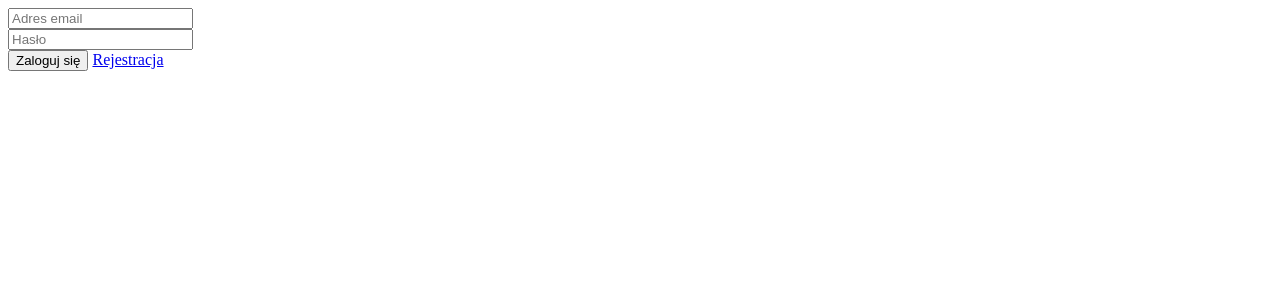
Repository: DaveDavMat/website
Page: http://localhost/Sklep/logform.php
These files come from the project's save history. The page is drawn as it stood at one moment and after the next save; the edit follows.
The browser window is 1280 px wide. The pictures show the whole page.
The page is run by PHP 8.4 with error messages shown; the project is at /var/www/html/.

Above is the page before, as saved 2018-11-27 15:57:41.

After the next save:
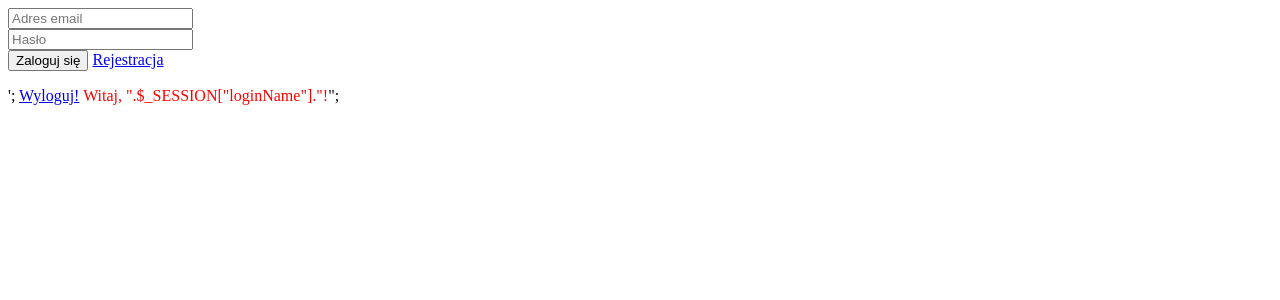
Saved 34 min 53 s later.
--- a/logform.php
+++ b/logform.php
@@ -1,6 +1,4 @@
- <?php
-function foo(){
-  $txt= '<form method="POST" action="zaloguj.php" class="navbar-form navbar-right" role="form">
+<form method="POST" action="zaloguj.php" class="navbar-form navbar-right" role="form">
                              <div class="form-group">
                                   <input type="text" placeholder="Adres email" class="form-control" name="email">
                               </div>
@@ -10,19 +8,9 @@
                              <button type="submit" class="btn btn-success">Zaloguj się</button>
                              <a href="rejestracja.php" class="btn btn-default">Rejestracja</a>
                         </form>';
-  echo $txt;
-}
-
-                if(isset($_SESSION['loginSuccess'])){
-                        if($_SESSION['loginSuccess'] == true){
-
-                                echo " <a href='logout.php' class='button1'>Wyloguj!</a>
-                                <span style='color:red;' class='loggedin'>Witaj, ".$_SESSION["loginName"]."!</span>";
 
 
-                        }else{
-                          foo();}
-                }else{
-                  foo();
-                }
-                ?>
+
+
+                            <a href='logout.php' class='button1'>Wyloguj!</a>
+                                <span style='color:red;' class='loggedin'>Witaj, ".$_SESSION["loginName"]."!</span>";

After the save that followed:
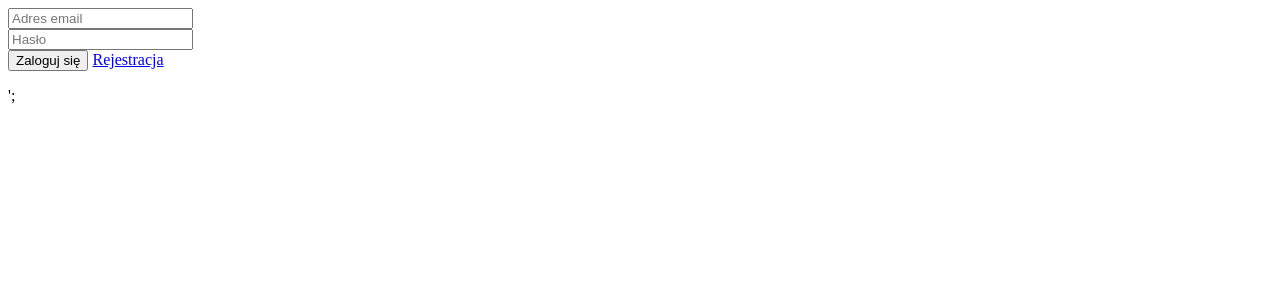
Saved 17 s later.
--- a/logform.php
+++ b/logform.php
@@ -8,9 +8,3 @@
                              <button type="submit" class="btn btn-success">Zaloguj się</button>
                              <a href="rejestracja.php" class="btn btn-default">Rejestracja</a>
                         </form>';
-
-
-
-
-                            <a href='logout.php' class='button1'>Wyloguj!</a>
-                                <span style='color:red;' class='loggedin'>Witaj, ".$_SESSION["loginName"]."!</span>";
